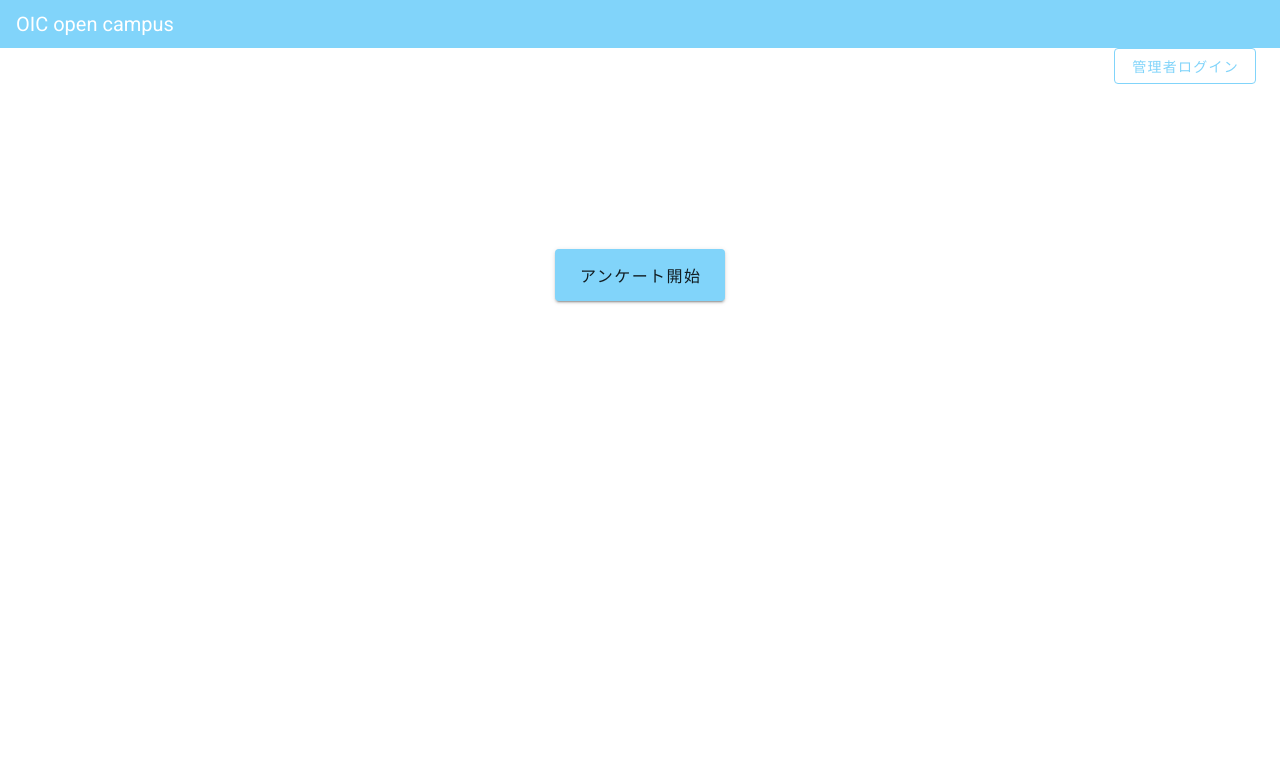
Repository: taniwhy/open-campus-system
Page: / (app in client_view/)
The author's editor kept a copy of each file at every save. The page is drawn from the files as they stood at one save, then again after the next save.
The browser window is 1280 px wide. The pictures show the whole page.
The project was rebuilt for these pictures with package versions that can differ from the ones it lists, and the page was loaded fresh each time. Also part of the build but not shown: client_view/vue.config.js, client_view/src/components/Login.vue, client_view/src/components/Branch.vue, client_view/src/components/Register.vue.

Above is the page before, as saved 2019-11-28 10:46:23.

After the next save:
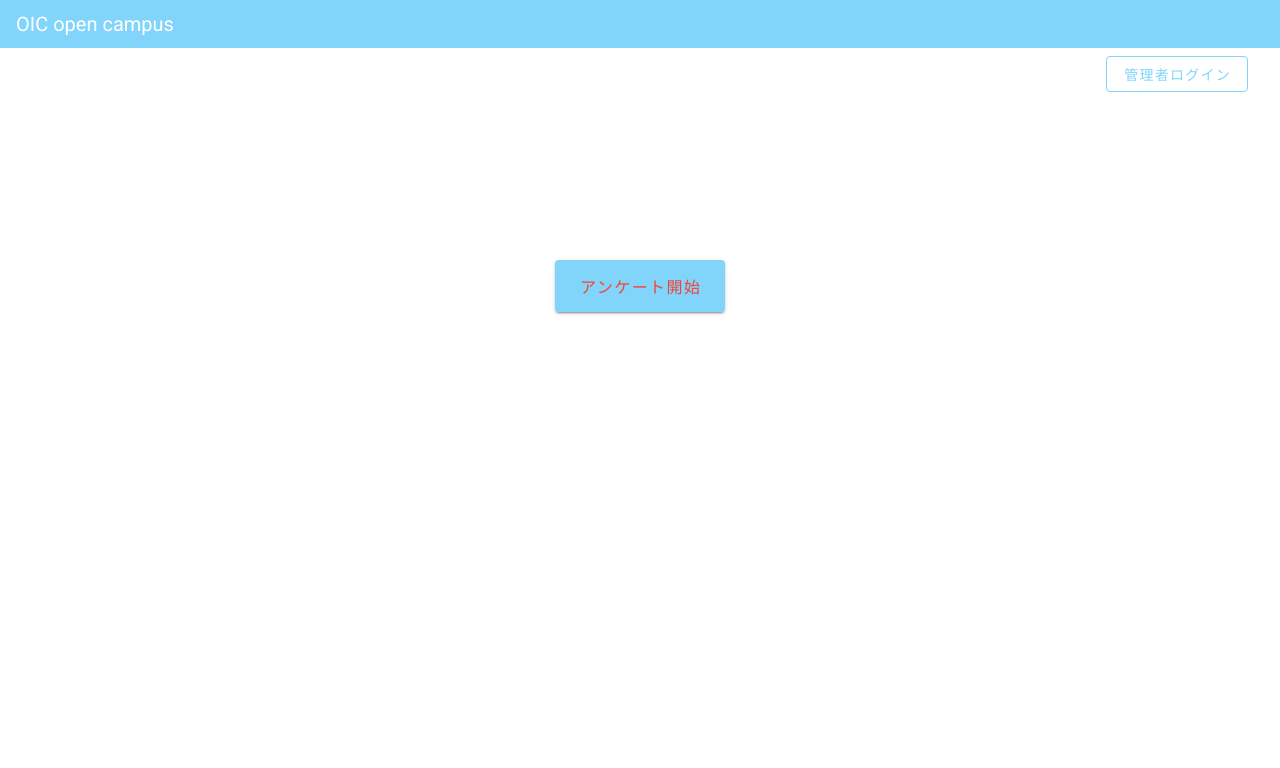
Saved 33 s later.
--- a/client_view/src/components/Home.vue
+++ b/client_view/src/components/Home.vue
@@ -4,7 +4,7 @@
       <v-row>
         <v-col>
           <v-row align="center" justify="end" style="width: 100%;">
-            <v-btn flat to="/login" class="red--text" outlined color="light-blue lighten-3">管理者ログイン</v-btn>
+            <v-btn flat to="/login" class="ma-2" outlined color="light-blue lighten-3">管理者ログイン</v-btn>
           </v-row>
         </v-col>
       </v-row>
@@ -14,7 +14,7 @@
         <v-col>
           <v-row align="center" justify="center" style="height: 60%;">
             <div class="my-2">
-              <v-btn flat to="/branch" x-large color="light-blue lighten-3">アンケート開始</v-btn>
+              <v-btn class="red--text" flat to="/branch" x-large color="light-blue lighten-3">アンケート開始</v-btn>
             </div>
           </v-row>
         </v-col>
